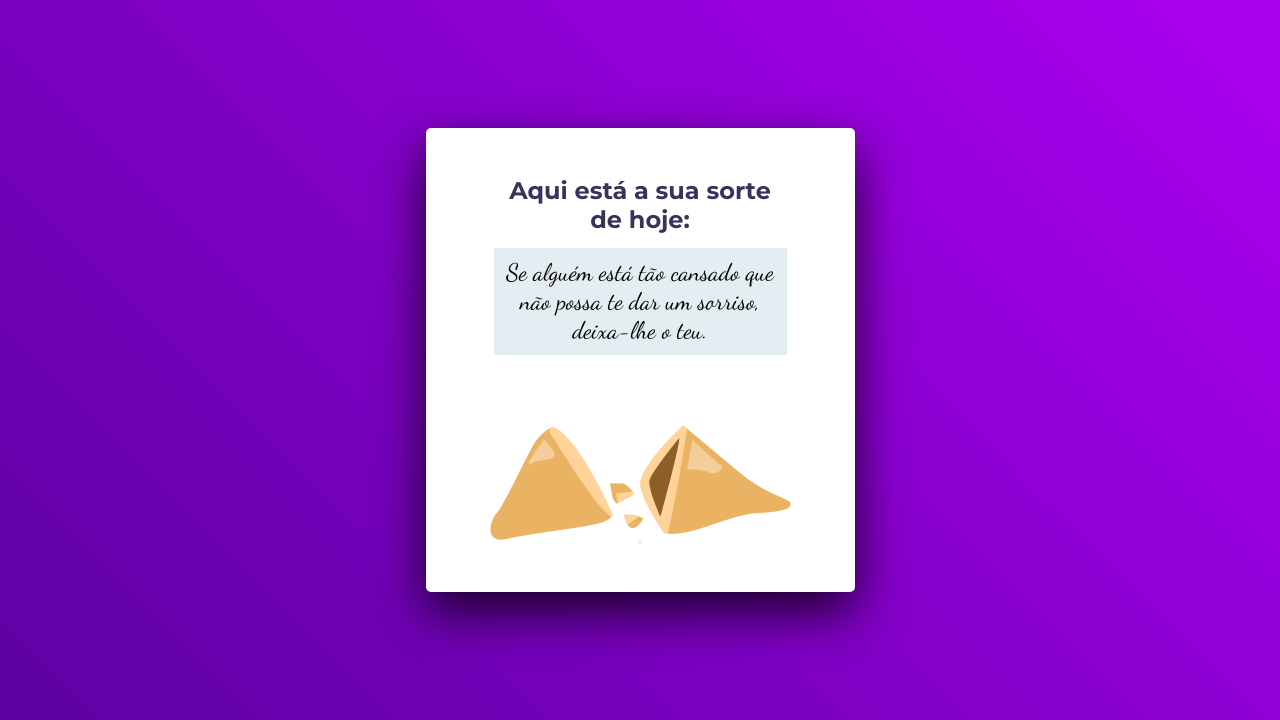
Repository: caueenrico/cookieCoach
Page: index.html
The author's editor kept a copy of each file at every save. The page is drawn from the files as they stood at one save, then again after the next save.
The browser window is 1280 px wide. The pictures show the whole page.

Above is the page before, as saved 2023-06-27 16:48:03.

### index.html
<!DOCTYPE html>
<html lang="en">
  <head>
    <meta charset="UTF-8" />
    <meta name="viewport" content="width=device-width, initial-scale=1.0" />
    <link rel="preconnect" href="https://fonts.googleapis.com" />
    <link rel="preconnect" href="https://fonts.gstatic.com" crossorigin />
    <link
      href="https://fonts.googleapis.com/css2?family=DM+Sans&family=Dancing+Script&family=Montserrat:wght@700&display=swap"
      rel="stylesheet"
    />
    <link rel="stylesheet" href="style.css" />
    <title>biscoito da sorte</title>
  </head>
  <body>
    <main>

      <div class="hide">
        <h1>
          Qual é a sua sorte <br />
          de hoje?
        </h1>
        <p>Abra o biscoito e descubra!</p>
        <img src="/biscoitoClose.png" alt="" />
      </div>

      <div class="abriu">
        <h1>
          Aqui está a sua sorte <br/> de hoje:
        </h1>

        <span>
          Se alguém está tão cansado que não possa te dar um sorriso, deixa-lhe o teu.
        </span>
        <img src="/opened-cookie.png" alt="" />

        <button>

        </button>
      </div>

    </main>
  </body>
  <script src="script.js"></script>
</html>

### style.css
* {
  margin: 0;
  padding: 0;
  box-sizing: border-box;
}

:root {
  font-size: 62.5%;

  --fs-heading: 2.4rem;
  --ff-heading: "Montserrat", sans-serif;

  --fs-subt: 1.5rem;
  --ff-subt: "DM Sans", sans-serif;
}

body {
  height: 100vh;
  width: 100vw;
  display: flex;
  flex-direction: column;
  justify-content: center;

  background: linear-gradient(45deg, #190361, #bb00ff);
  animation: gradient 10s ease infinite;
  background-size: 200% 200%;
}

@keyframes gradient {
  0% {
    background-position: 0% 50%;
  }
  50% {
    background-position: 100% 50%;
  }
  100% {
    background-position: 0% 50%;
  }
}

main {
  margin: 0 auto;

  display: flex;
  flex-direction: column;
  align-items: center;
  justify-content: center;

  padding: 4.8rem 6.4rem;
  background-color: #fff;

  text-align: center;

  border-radius: 5px;
  box-shadow: 0px 20px 50px 0px rgba(0, 0, 0, 0.8);
}

main h1 {
  font-family: var(--ff-heading);
  font-size: var(--fs-heading);
  font-weight: 700;

  color: #34355b;
  margin-bottom: 1.4rem;
}

main p {
  font-size: var(--fs-subt);
  font-family: var(--ff-subt);

  margin-bottom: 2rem;
}

main img {
  width: 100%;
  flex-shrink: 0;
}

main img:hover {
  animation: treme 0.1s infinite;
}

@keyframes treme {
  0% {
    margin-left: 0;
  }
  25% {
    margin-left: 5px;
  }
  50% {
    margin-left: 0;
  }
  75% {
    margin-left: -5px;
  }
  100% {
    margin-left: 0;
  }
}

.hide {
  display: none;
}

span {
  display: flex;
  padding: 10px;
  text-align: center;
  width: 29.3rem;
  background: #e4edf1;
  font-size: 24px;
  font-family: Dancing Script;
  color: #000;

  margin-bottom: 7.0rem;
}

.abriu{

  display: flex;
  flex-direction: column;
  align-items: center;


}

### script.js
let img = document.querySelector('img');

img.addEventListener('click', () => {
    img.classList.toggle('active');
    console.log('clicked');
}
)

After the next save:
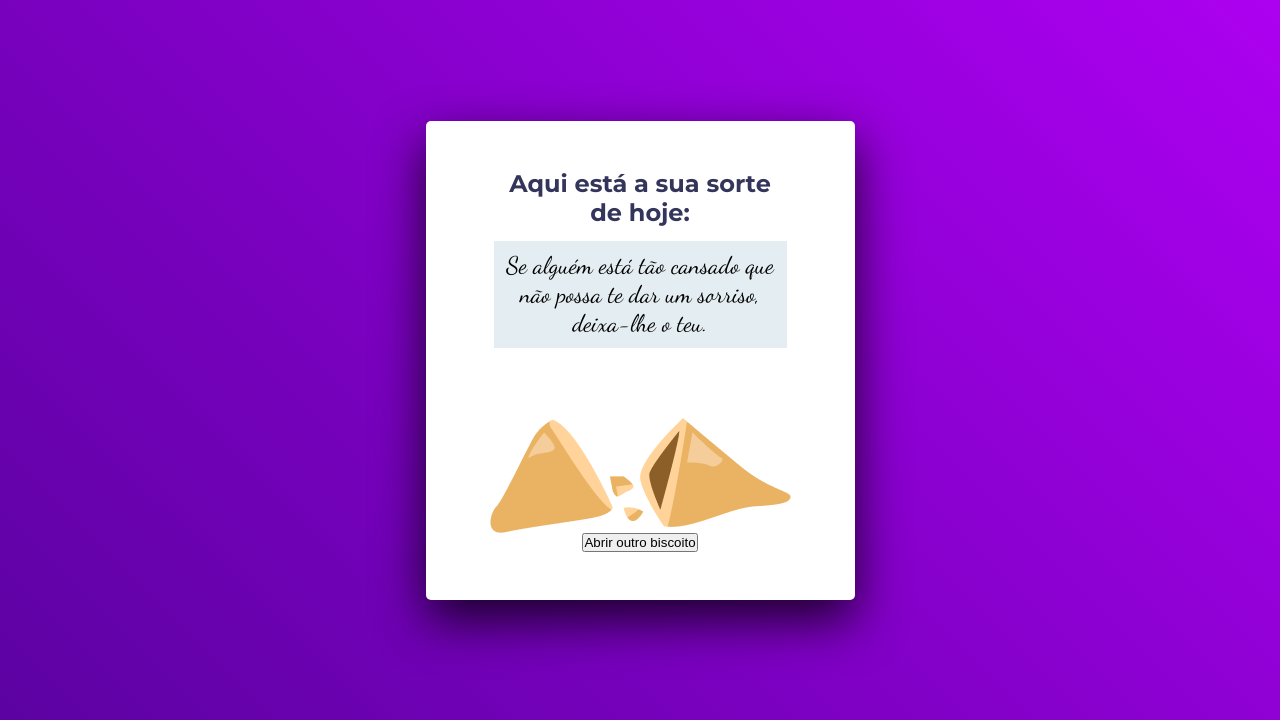
Saved 6 s later.
--- a/index.html
+++ b/index.html
@@ -35,7 +35,7 @@
         <img src="/opened-cookie.png" alt="" />
 
         <button>
-
+          Abrir outro biscoito
         </button>
       </div>
 
